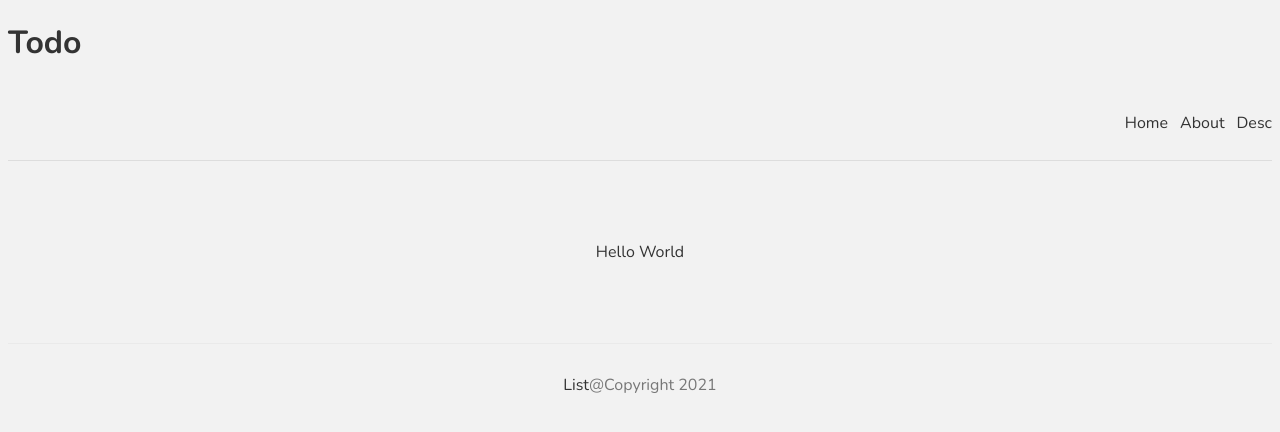
Repository: AmulyaReddy99/todolist-nextjs
Page: /
These files come from the project's save history. The page is drawn as it stood at one moment and after the next save; the edit follows.
The browser window is 1280 px wide. The pictures show the whole page.
The project was rebuilt for these pictures with package versions that can differ from the ones it lists, and the page was loaded fresh each time. The framework's server and built-in components were replaced by stand-ins that run in the browser. Also part of the build but not shown: next.config.js.

Above is the page before, as saved 2021-07-26 12:19:39.

### pages/_app.js
import Layout from '../comps/layout'
import '../styles/globals.css'

function MyApp({ Component, pageProps }) {
  return (
    <Layout>
      <Component {...pageProps}/>
    </Layout>
  )
}

export default MyApp

### pages/index.js
import Head from 'next/head'
import Image from 'next/image'
import Header from '../comps/header'
import styles from '../styles/Home.module.css'

export default function Home() {
  return (
    <div>
      <div className={styles.title}>
        Hello World
      </div>
    </div>
  )
}

### comps/layout.js
import Footer from "./footer"
import Header from "./header"

const Layout = ({ children }) => {
    return (
        <div>
            <Header/>
            { children }
            <Footer/>
        </div>
    );
}

export default Layout;

### comps/header.js
import Link from 'next/link'

const Header = () => {
    return (
        <div>
            <h1>Todo</h1>
            <nav>
                <ul>
                    <Link href="/">Home</Link>
                    <Link href="/about">About</Link>
                    <Link href="/desc">Desc</Link>
                </ul>
            </nav>
        </div>
    );
}

export default Header;

### comps/footer.js
import Link from "next/link";

const Footer = () => {
    return (
        <footer>
            <Link href="/">List</Link>
            @Copyright 2021
        </footer>
    );
}

export default Footer;

Loaded but not shown: styles/globals.css (common file); styles/Home.module.css (common file)

After the next save:
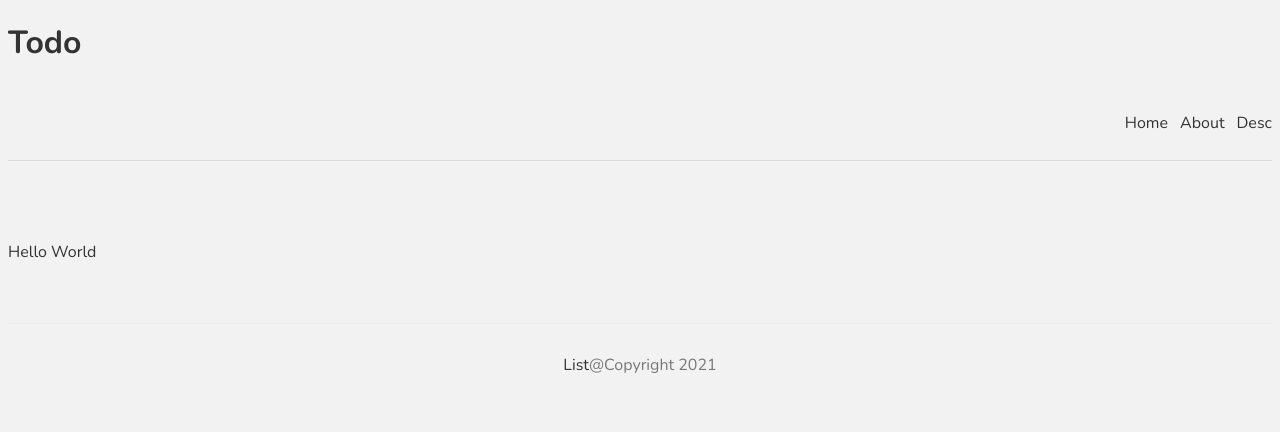
Saved 25 s later.
--- a/pages/index.js
+++ b/pages/index.js
@@ -6,7 +6,7 @@ import styles from '../styles/Home.module.css'
 export default function Home() {
   return (
     <div>
-      <div className={styles.title}>
+      <div>
         Hello World
       </div>
     </div>
